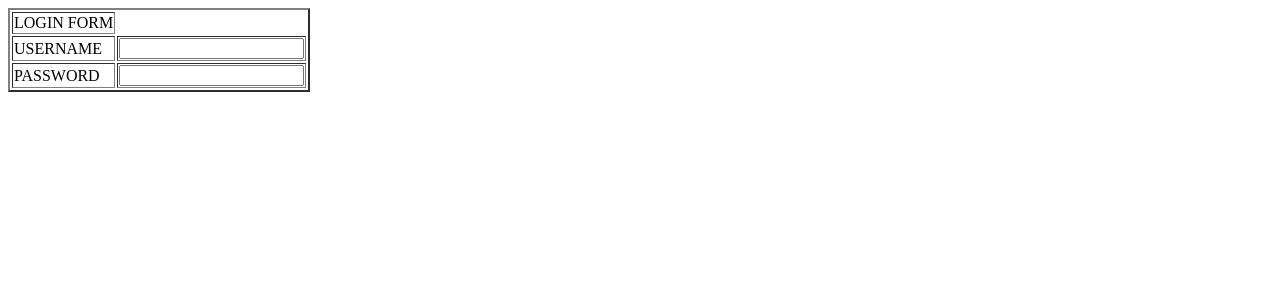
Repository: loky91/MYLABSONLY
Page: J2EE-SERVLET/Lab12_login_with_cookies/WebContent/index.html
The author's editor kept a copy of each file at every save. The page is drawn from the files as they stood at one save, then again after the next save.
The browser window is 1280 px wide. The pictures show the whole page.

Above is the page before, as saved 2017-07-02 10:58:29.

After the next save:
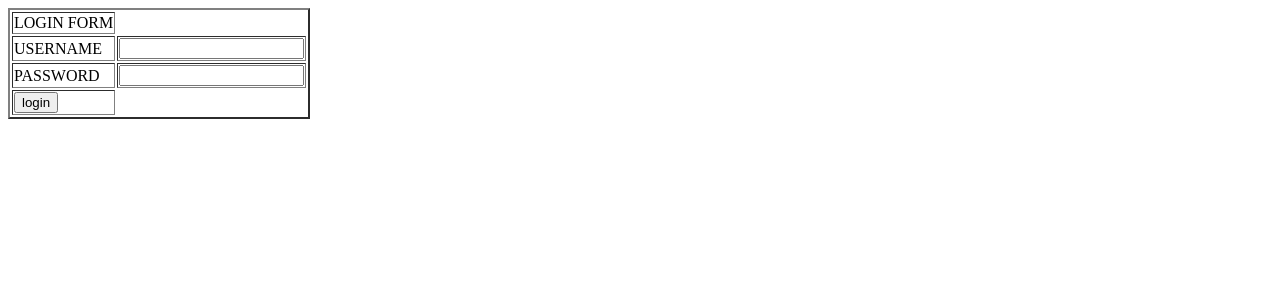
Saved 88 s later.
--- a/J2EE-SERVLET/Lab12_login_with_cookies/WebContent/index.html
+++ b/J2EE-SERVLET/Lab12_login_with_cookies/WebContent/index.html
@@ -18,6 +18,7 @@ LOGIN FORM
 
 <tr><td>USERNAME</td><td> <input type="text" name="uname"/> </td></tr>
 <tr><td>PASSWORD</td><td><input type="password" name="password"></td></tr>
+<tr> <td>  <input type="submit" value="login"> </td> </tr>
 
 
 </table>
